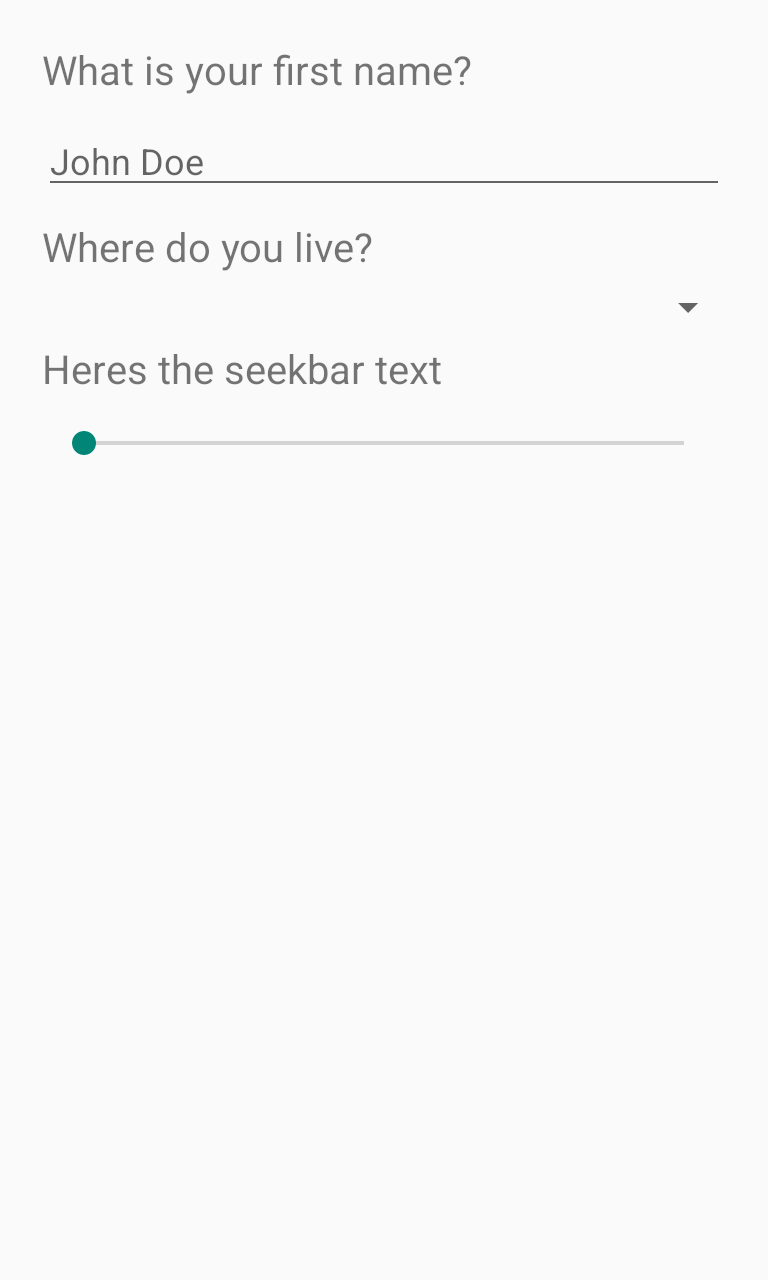
Repository: joshbarry/HackVT_2014
Layout: Android/HackVTKarma/res/layout/fragment_main.xml
The author's editor kept a copy of each file at every save. The layout is drawn from the files as they stood at one save, then again after the next save.
It is drawn on a 768 x 1280 px phone screen (xhdpi) without system bars, with theme AppTheme; the app's code is not run.

Above is the layout before, as saved 2014-10-10 23:35:20.

### Android/HackVTKarma/res/layout/fragment_main.xml
<RelativeLayout xmlns:android="http://schemas.android.com/apk/res/android"
    xmlns:tools="http://schemas.android.com/tools"
    android:id="@+id/parent"
    android:layout_width="match_parent"
    android:layout_height="match_parent"
    android:paddingBottom="@dimen/activity_vertical_margin"
    android:paddingLeft="@dimen/activity_horizontal_margin"
    android:paddingRight="@dimen/activity_horizontal_margin"
    android:paddingTop="@dimen/activity_vertical_margin"
    tools:context="com.example.hackvtkarma.MainActivity$PlaceholderFragment" >

    <TextView
        android:id="@+id/firstName"
        android:textSize="20sp"
        android:layout_margin="5dp"
        android:layout_width="wrap_content"
        android:layout_height="wrap_content"
        android:text="@string/first_name" />

    <EditText
        android:id="@+id/firstNameEditText"
        android:layout_margin="5dp"
        android:layout_below="@+id/firstName"
        android:layout_width="match_parent"
        android:layout_height="wrap_content"
        android:hint="@string/first_name_hint"/>

    <TextView
        android:id="@+id/town"
        android:layout_below="@+id/firstNameEditText"
        android:textSize="20sp"
        android:layout_margin="5dp"
        android:layout_width="wrap_content"
        android:layout_height="wrap_content"
        android:text="@string/address" />

	<Spinner
	    android:id="@+id/townSpinner"
	    android:layout_below="@+id/town"
	    android:layout_width="match_parent"
	    android:layout_height="wrap_content"
	    android:prompt="@string/town_prompt"/>

   	<TextView
        android:id="@+id/seekbar_text"
        android:textSize="20sp"
        android:layout_margin="5dp"
        android:layout_below="@+id/townSpinner"
        android:layout_width="wrap_content"
        android:layout_height="wrap_content"
        android:text="@string/seekbar_text" />

    <SeekBar
        android:id="@+id/volume_bar"
        android:layout_margin="10dp"
        android:layout_below="@+id/seekbar_text"
        android:layout_width="fill_parent"
        android:layout_height="wrap_content"
        android:max="100"
        android:progress="0"
        android:secondaryProgress="0" />

</RelativeLayout>

### Android/HackVTKarma/res/values/strings.xml
<?xml version="1.0" encoding="utf-8"?>
<resources>

    <string name="app_name">HackVTKarma</string>
    <string name="hello_world">Hello world!</string>
    <string name="action_settings">Settings</string>
    <string name="seekbar_text">Heres the seekbar text</string>
    <string name="first_name">What is your first name?</string>
    <string name="first_name_hint">John Doe</string>
    <string name="address">Where do you live?</string>
    <string name="town_prompt">Pick your town</string>
    <string name="address_work">Where do you work?</string>
    <string name="town_work_prompt">Pick your town</string>

</resources>

Loaded but not shown: Android/HackVTKarma/res/values/styles.xml (common file); Android/HackVTKarma/res/values-v11/styles.xml (common file); Android/HackVTKarma/res/values-v14/styles.xml (common file); Android/HackVTKarma/res/values/dimens.xml (common file); Android/HackVTKarma/res/values-w820dp/dimens.xml (common file)

After the next save:
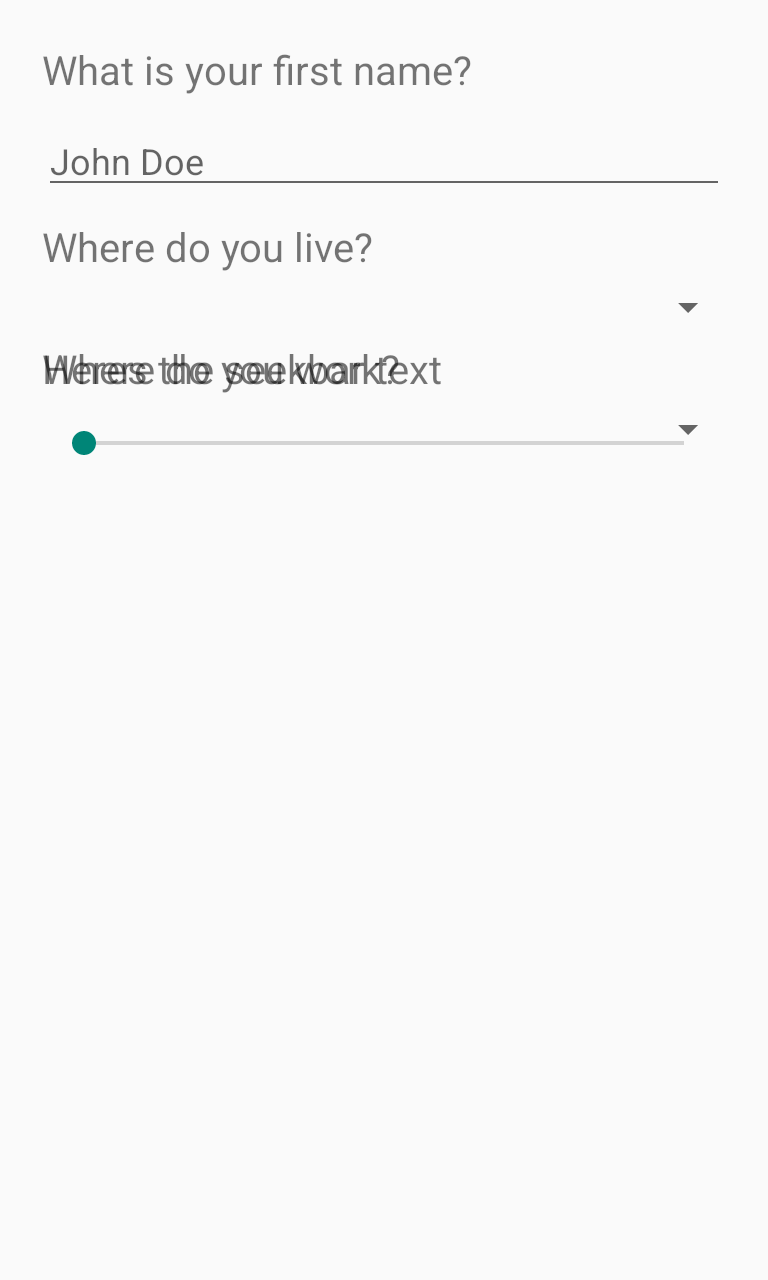
Saved 23 s later.
--- a/Android/HackVTKarma/res/layout/fragment_main.xml
+++ b/Android/HackVTKarma/res/layout/fragment_main.xml
@@ -41,6 +41,22 @@
 	    android:layout_height="wrap_content"
 	    android:prompt="@string/town_prompt"/>
 
+	<TextView
+        android:id="@+id/townWork"
+        android:layout_below="@+id/townSpinner"
+        android:textSize="20sp"
+        android:layout_margin="5dp"
+        android:layout_width="wrap_content"
+        android:layout_height="wrap_content"
+        android:text="@string/address_work" />
+
+	<Spinner
+	    android:id="@+id/townWorkSpinner"
+	    android:layout_below="@+id/townWork"
+	    android:layout_width="match_parent"
+	    android:layout_height="wrap_content"
+	    android:prompt="@string/town_work_prompt"/>
+
    	<TextView
         android:id="@+id/seekbar_text"
         android:textSize="20sp"
